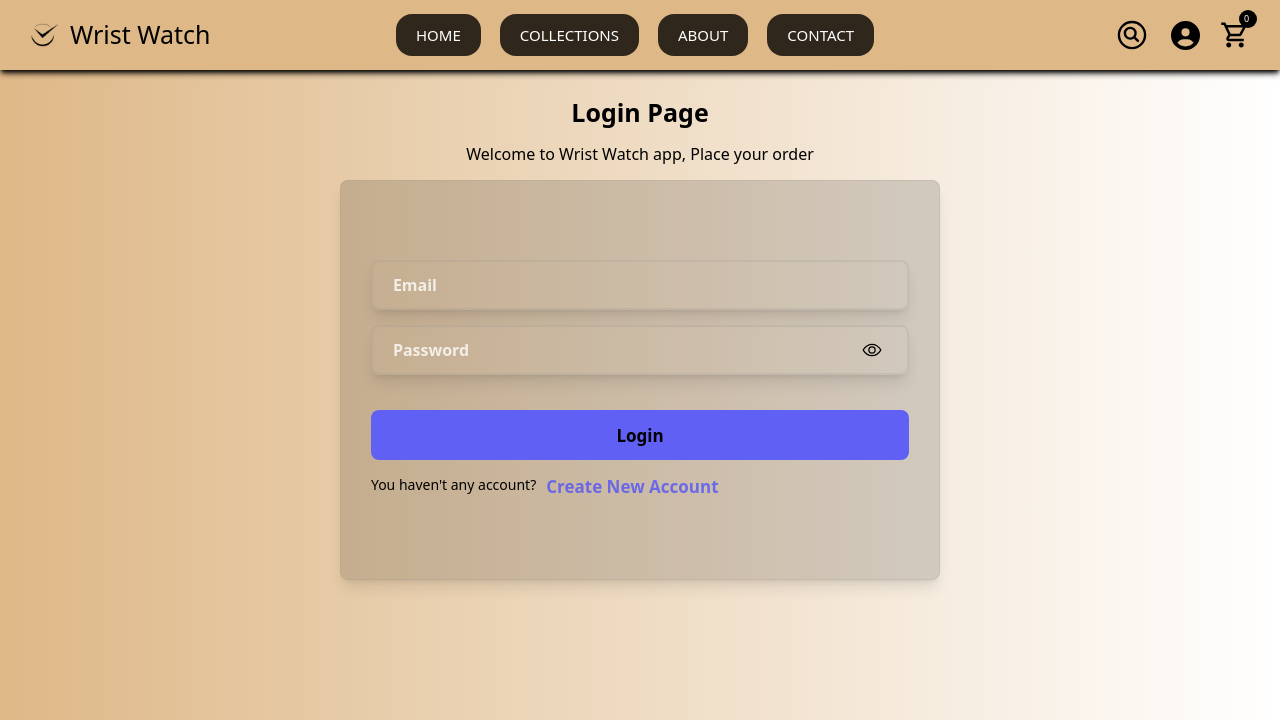
Repository: mansibhanushali/online_watch_ecommerce_mernstack_webapplication
Page: /placeorder (app in frontend/)
An editor plug-in stored every save of this project. The page is shown before and after the next save, followed by the edit.
The browser window is 1280 px wide. The pictures show the whole page.
The page's requests for data from a server got no answer. The project was rebuilt for these pictures with package versions that can differ from the ones it lists, and the page was loaded fresh each time. No one was signed in, and anything a server would have sent is missing. Also part of the build but not shown: frontend/vite.config.js, frontend/src/component/Loading.jsx, frontend/src/pages/Registration.jsx, frontend/src/component/Backgound.jsx, frontend/src/component/Title.jsx, frontend/src/component/Card.jsx, frontend/src/component/LatestCollection.jsx, frontend/src/component/BestSeller.jsx and 13 more.

Above is the page before, as saved 2025-08-15 21:55:32.

### frontend/index.html
<!doctype html>
<html lang="en">
  <head>
    <meta charset="UTF-8" />
    <link rel="icon" type="image/svg+xml" href="\logo1.png" />
    <meta name="viewport" content="width=device-width, initial-scale=1.0" />
    <title>Wristwatch</title>
  </head>
  <body>
    <div id="root"></div>
    <script type="module" src="/src/main.jsx"></script>
  </body>
</html>

### frontend/src/main.jsx
// src/main.jsx
import React from 'react';
import { createRoot } from 'react-dom/client';
import { BrowserRouter } from 'react-router-dom';
import './index.css';

import App from './App.jsx';
import AuthContext from './context/authContext.jsx';
import UserContextProvider from './context/UserContext.jsx';
import ShopContext from './context/ShopContext.jsx';

createRoot(document.getElementById('root')).render(
  <React.StrictMode>
    <BrowserRouter>
      <AuthContext>
        <UserContextProvider>
          <ShopContext>
            <App />
          </ShopContext>
        </UserContextProvider>
      </AuthContext>
    </BrowserRouter>
  </React.StrictMode>
);

### frontend/src/index.css
@import "tailwindcss";

body {
  @apply bg-white min-h-screen;
}

### frontend/src/App.jsx
import React, { useContext } from 'react';
import { Navigate, Route, Routes, useLocation } from 'react-router-dom';
import Registration from './pages/Registration';
import Home from './pages/Home';
import Login from './pages/Login';
import Nav from './component/Nav';
import { userDataContext } from './context/UserContext';
import About from './pages/About';
import Collections from './pages/Collections';
import Product from './pages/Product';
import Contact from './pages/Contact';
import ProductDetail from './pages/ProductDetail';
import Cart from './pages/Cart';
import PlaceOrder from './pages/PlaceOrder';
import Order from './pages/Order';
import { ToastContainer } from 'react-toastify';
import NotFound from './pages/NotFound';

function App() {
  const { userData } = useContext(userDataContext);
  const location = useLocation();

  // Protected route wrapper
  const ProtectedRoute = (Component) => {
    return userData ? (
      Component
    ) : (
      <Navigate to="/login" state={{ from: location.pathname }} />
    );
  };

  return (
    <>
      <ToastContainer />
      <Nav />
      <Routes>
        {/* Public Routes */}
        <Route path="/" element={<Home />} />
        <Route path="/about" element={<About />} />
        <Route path="/collection" element={<Collections />} />
        <Route path="/collection/:category" element={<Collections />} />
        <Route path="/product" element={<Product />} />
        <Route path="/contact" element={<Contact />} />

        {/* Auth Routes */}
        <Route
          path="/login"
          element={
            userData ? (
              <Navigate to={location.state?.from || '/'} />
            ) : (
              <Login />
            )
          }
        />
        <Route
          path="/signup"
          element={
            userData ? (
              <Navigate to={location.state?.from || '/'} />
            ) : (
              <Registration />
            )
          }
        />

        {/* Protected Routes */}
        <Route
          path="/productdetail/:productId"
          element={ProtectedRoute(<ProductDetail />)}
        />
        <Route path="/cart" element={ProtectedRoute(<Cart />)} />
        <Route path="/placeorder" element={ProtectedRoute(<PlaceOrder />)} />
        <Route path="/order" element={ProtectedRoute(<Order />)} />

        {/* 404 Fallback */}
        <Route path="*" element={<NotFound />} />
      </Routes>
    </>
  );
}

export default App;

### frontend/src/context/AuthContext.jsx
// src/context/AuthContext.jsx
import React, { createContext, useReducer, useEffect } from "react";
import axios from "axios";

const initialState = {
  user: null,
  token: null,
  isAuthenticated: false,
};

function reducer(state, action) {
  switch (action.type) {
    case "LOGIN":
      return {
        ...state,
        user: action.payload.user,
        token: action.payload.token,
        isAuthenticated: true,
      };
    case "LOGOUT":
      return initialState;
    default:
      return state;
  }
}

export const authDataContext = createContext();

function AuthContext({ children }) {
  const serverUrl = "http://localhost:8000";

  const [state, dispatch] = useReducer(reducer, initialState, () => {
    const token = localStorage.getItem("token");
    const user = localStorage.getItem("user");
    return token && user
      ? { token, user: JSON.parse(user), isAuthenticated: true }
      : initialState;
  });

  // axios defaults setup (runs whenever token changes)
  useEffect(() => {
    axios.defaults.baseURL = serverUrl;
    axios.defaults.withCredentials = true;

    if (state.token) {
      axios.defaults.headers.common["Authorization"] = `Bearer ${state.token}`;
      localStorage.setItem("token", state.token);
      localStorage.setItem("user", JSON.stringify(state.user));
    } else {
      delete axios.defaults.headers.common["Authorization"];
      localStorage.removeItem("token");
      localStorage.removeItem("user");
    }
  }, [state.token, state.user]);

  // Fetch current user from backend
  const fetchCurrentUser = async (token) => {
    try {
      const res = await axios.get("/api/user/getcurrentuser", {
        headers: { Authorization: `Bearer ${token}` }
      });
      return res.data;
    } catch (err) {
      console.error("Fetch current user error:", err.response?.data || err.message);
      return null;
    }
  };

  // Login and fetch user
  const login = async ({ token }) => {
    const user = await fetchCurrentUser(token);
    if (user) {
      dispatch({ type: "LOGIN", payload: { token, user } });
    }
  };

  const logout = () => dispatch({ type: "LOGOUT" });

  // Auto login when page refreshes
  useEffect(() => {
    const autoLogin = async () => {
      if (state.token && !state.user) {
        const user = await fetchCurrentUser(state.token);
        if (user) {
          dispatch({ type: "LOGIN", payload: { token: state.token, user } });
        }
      }
    };
    autoLogin();
  }, []);

  return (
    <authDataContext.Provider value={{ serverUrl, ...state, login, logout }}>
      {children}
    </authDataContext.Provider>
  );
}

export default AuthContext;

### frontend/src/context/UserContext.jsx
// src/context/UserContext.jsx
import React, { createContext, useContext, useEffect, useState } from 'react';
import { authDataContext } from './AuthContext';
import axios from 'axios';

export const userDataContext = createContext();

function UserContextProvider({ children }) {
  const [userData, setUserData] = useState(null);
  const { serverUrl } = useContext(authDataContext);

  const getCurrentUser = async () => {
    try {
      // ✅ Cookie-based request
      const result = await axios.get(`${serverUrl}/api/user/getcurrentuser`, {
        withCredentials: true, // Cookie automatically send होगी
      });

      if (result.data?.success) {
        setUserData(result.data.user);
      } else {
        setUserData(null);
      }
    } catch (error) {
      setUserData(null);
      console.error("getCurrentUser error:", error);
    }
  };

  // 🔹 Page load pe call
  useEffect(() => {
    getCurrentUser();
  }, []);

  return (
    <userDataContext.Provider value={{ userData, setUserData, getCurrentUser }}>
      {children}
    </userDataContext.Provider>
  );
}

export default UserContextProvider;

### frontend/src/context/ShopContext.jsx
import React, { createContext, useContext, useEffect, useState, useCallback } from 'react';
import { authDataContext } from './authContext';
import { userDataContext } from './UserContext';
import axios from 'axios';
import { toast } from 'react-toastify';

export const shopDataContext = createContext();

function ShopContextProvider({ children }) {
  const [products, setProducts] = useState([]);
  const [search, setSearch] = useState('');
  const { userData } = useContext(userDataContext);
  const [showSearch, setShowSearch] = useState(false);
  const { serverUrl } = useContext(authDataContext);
  const [cartItem, setCartItem] = useState({});
  const [loading, setLoading] = useState(false);
  const [token, setToken] = useState(localStorage.getItem("token") || "");

  const currency = '₹';
  const delivery_fee = 40;

  // token sync
  useEffect(() => {
    const savedToken = localStorage.getItem("token");
    if (savedToken) {
      setToken(savedToken);
    }
  }, []);

  // ✅ Get products
  const getProducts = useCallback(async () => {
    if (!serverUrl) return;
    try {
      const result = await axios.get(`${serverUrl}/api/product/list`);
      setProducts(result.data);
    } catch (error) {
      console.error("Get Products Error:", error);
    }
  }, [serverUrl]);

  // ✅ Add to cart
  const addtoCart = async (itemId) => {
    let cartData = structuredClone(cartItem);
    cartData[itemId] = (cartData[itemId] || 0) + 1;
    setCartItem(cartData);

    if (userData && token) {
      setLoading(true);
      try {
        await axios.post(
          `${serverUrl}/api/cart/add`,
          { itemId },
          {
            headers: { Authorization: `Bearer ${token}` },
            withCredentials: true
          }
        );
      } catch (error) {
        console.error(error);
        toast.error("Add Cart Error");
      } finally {
        setLoading(false);
      }
    }
  };

  // ✅ Get user cart
  const getUserCart = useCallback(async () => {
    if (!token || !serverUrl) return;
    try {
      const result = await axios.post(
        `${serverUrl}/api/cart/get`,
        {},
        {
          headers: { Authorization: `Bearer ${token}` },
          withCredentials: true
        }
      );
      setCartItem(result.data || {});
    } catch (error) {
      console.error("Get User Cart Error:", error);
    }
  }, [serverUrl, token]);

  // ✅ Update cart item quantity
  const updateQuantity = async (itemId, quantity) => {
    let cartData = structuredClone(cartItem);
    cartData[itemId] = quantity;
    setCartItem(cartData);

    if (userData && token) {
      try {
        await axios.post(
          `${serverUrl}/api/cart/update`,
          { itemId, quantity },
          {
            headers: { Authorization: `Bearer ${token}` },
            withCredentials: true
          }
        );
      } catch (error) {
        console.error(error);
      }
    }
  };

  // ✅ Total cart items count
  const getCartCount = () => {
    return Object.values(cartItem).reduce((acc, qty) => acc + qty, 0);
  };

  // ✅ Total cart amount
  const getCartAmount = () => {
    let totalAmount = 0;
    for (const itemId in cartItem) {
      let itemInfo = products.find((product) => product._id === itemId);
      if (itemInfo && cartItem[itemId] > 0) {
        totalAmount += itemInfo.price * cartItem[itemId];
      }
    }
    return totalAmount;
  };

  // Fetch products and cart
  useEffect(() => {
    getProducts();
  }, [getProducts]);

  useEffect(() => {
    getUserCart();
  }, [getUserCart]);

  let value = {
    products,
    currency,
    delivery_fee,
    getProducts,
    search,
    setSearch,
    showSearch,
    setShowSearch,
    cartItem,
    addtoCart,
    getCartCount,
    setCartItem,
    updateQuantity,
    getCartAmount,
    loading,
    serverUrl,
    setToken,
    token
  };

  return (
    <shopDataContext.Provider value={value}>
      {children}
    </shopDataContext.Provider>
  );
}

export default ShopContextProvider;

### frontend/src/pages/Login.jsx
import React, { useState, useContext } from 'react';
import { useNavigate } from 'react-router-dom';
import { IoEyeOutline, IoEye } from "react-icons/io5";
import Logo from "../assets/logo.png";
import { authDataContext } from '../context/AuthContext';
import { userDataContext } from '../context/UserContext';
import Loading from '../component/Loading';
import axios from 'axios';
import { toast } from 'react-toastify';

function Login() {
  const [show, setShow] = useState(false);
  const [email, setEmail] = useState("");
  const [password, setPassword] = useState("");
  const [loading, setLoading] = useState(false);

  const { serverUrl, login } = useContext(authDataContext);
  const { getCurrentUser } = useContext(userDataContext);
  const navigate = useNavigate();

  const handleLogin = async (e) => {
    e.preventDefault();
    setLoading(true);

    try {
      const { data } = await axios.post(
        `${serverUrl}/api/auth/login`,
        { email, password },
        { withCredentials: true }
      );

      if (!data?.token || !data?.user) {
        toast.error("Invalid response from server");
        return;
      }

      // ✅ Context + LocalStorage me save hoga automatically via AuthContext
      login({ token: data.token, user: data.user });

      // ✅ User fresh data fetch karna (agar zarurat ho)
      await getCurrentUser(data.token);

      toast.success(`Welcome, ${data.user.name || "User"}!`);
      navigate("/");
    } catch (error) {
      toast.error(error.response?.data?.message || "User Login Failed");
    } finally {
      setLoading(false);
    }
  };

  return (
    <div className='w-[100vw] h-[100vh] bg-gradient-to-l from-[burlwood] to-[burlywood] text-black flex flex-col items-center justify-start'>
      {/* Logo */}
      <div
        className='w-full h-[80px] flex items-center px-[30px] gap-[10px] cursor-pointer'
        onClick={() => navigate("/")}
      >
        <img className='w-[40px]' src={Logo} alt="Logo" />
        <h1 className='text-[22px] font-sans'>Wrist Watch</h1>
      </div>

      {/* Heading */}
      <div className='w-full h-[100px] flex flex-col items-center justify-center gap-[10px]'>
        <span className='text-[25px] font-semibold'>Login Page</span>
        <span className='text-[16px]'>Welcome to Wrist Watch app, Place your order</span>
      </div>

      {/* Form */}
      <div className='max-w-[600px] w-[90%] h-[400px] bg-[#00000025] border border-[#96969635] rounded-lg shadow-lg flex items-center justify-center'>
        <form onSubmit={handleLogin} className='w-[90%] flex flex-col items-center gap-[20px]'>
          <div className='w-full flex flex-col gap-[15px] relative'>
            <input
              type="email"
              className='w-full h-[50px] border-[2px] border-[#96969635] rounded-lg shadow-lg bg-transparent placeholder-[#ffffffc7] px-[20px] font-semibold'
              placeholder='Email'
              required
              value={email}
              onChange={(e) => setEmail(e.target.value)}
            />

            <input
              type={show ? "text" : "password"}
              className='w-full h-[50px] border-[2px] border-[#96969635] rounded-lg shadow-lg bg-transparent placeholder-[#ffffffc7] px-[20px] font-semibold'
              placeholder='Password'
              required
              value={password}
              onChange={(e) => setPassword(e.target.value)}
            />

            {show ? (
              <IoEye
                className='w-[20px] h-[20px] cursor-pointer absolute right-[5%] top-[80px]'
                onClick={() => setShow(!show)}
              />
            ) : (
              <IoEyeOutline
                className='w-[20px] h-[20px] cursor-pointer absolute right-[5%] top-[80px]'
                onClick={() => setShow(!show)}
              />
            )}

            <button
              type="submit"
              disabled={loading}
              className='w-full h-[50px] bg-[#6060f5] rounded-lg mt-[20px] flex items-center justify-center text-[17px] font-semibold'
            >
              {loading ? <Loading /> : "Login"}
            </button>

            <p className='flex gap-[10px] text-sm'>
              You haven't any account?
              <span
                className='text-[#5555f6cf] text-[17px] font-semibold cursor-pointer'
                onClick={() => navigate("/signup")}
              >
                Create New Account
              </span>
            </p>
          </div>
        </form>
      </div>
    </div>
  );
}

export default Login;

Loaded but not shown: frontend/src/component/Nav.jsx (137 lines, source omitted)

After the next save:
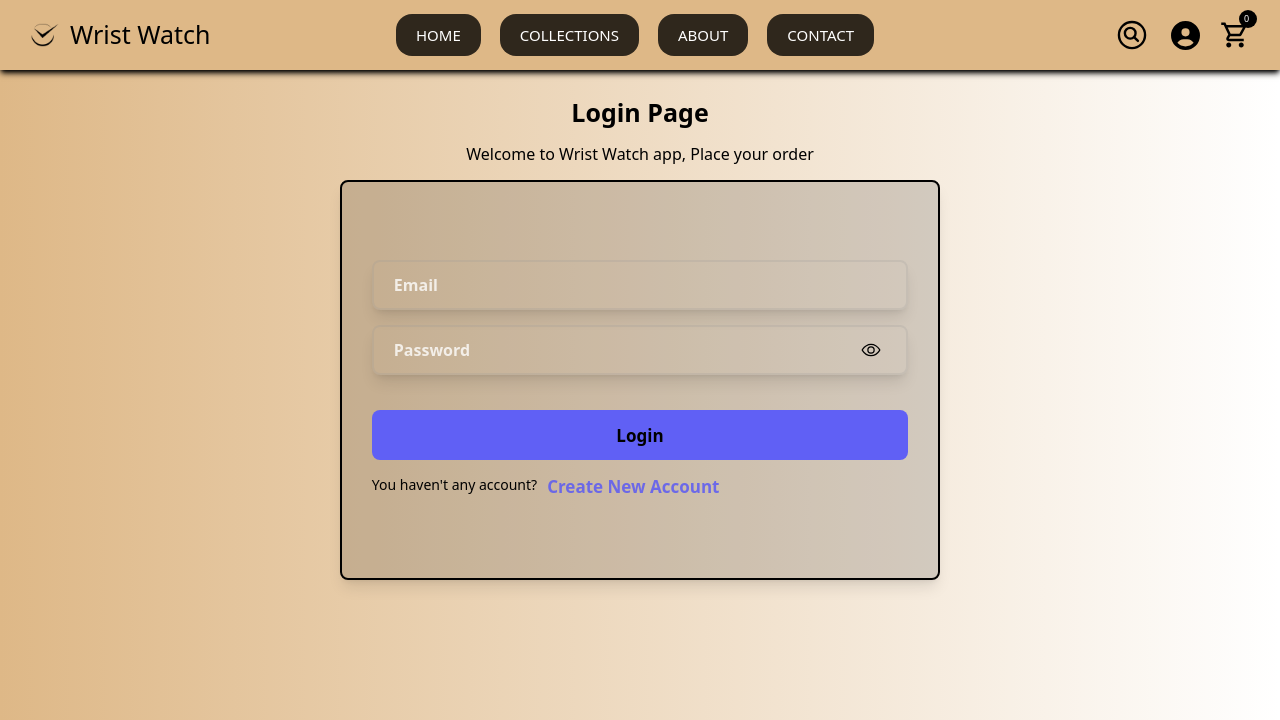
Saved 58 s later.
--- a/frontend/src/pages/Login.jsx
+++ b/frontend/src/pages/Login.jsx
@@ -67,7 +67,7 @@ function Login() {
       </div>
 
       {/* Form */}
-      <div className='max-w-[600px] w-[90%] h-[400px] bg-[#00000025] border border-[#96969635] rounded-lg shadow-lg flex items-center justify-center'>
+      <div className='max-w-[600px] w-[90%] h-[400px] bg-[#00000025] border-2 border-[black] rounded-lg shadow-lg flex items-center justify-center'>
         <form onSubmit={handleLogin} className='w-[90%] flex flex-col items-center gap-[20px]'>
           <div className='w-full flex flex-col gap-[15px] relative'>
             <input
